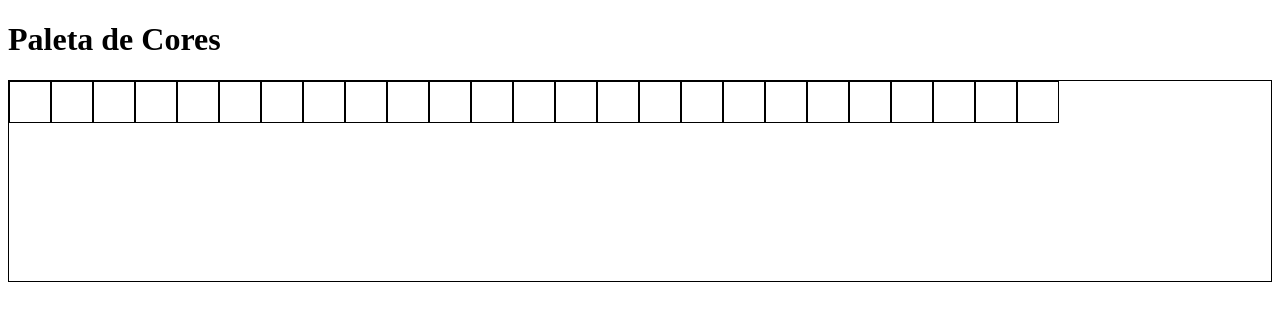
Repository: MuriloColleti/project-Pixer-Art
Page: index.html
These files come from the project's save history. The page is drawn as it stood at one moment and after the next save; the edit follows.
The browser window is 1280 px wide. The pictures show the whole page.

Above is the page before, as saved 2024-02-05 15:55:55.

After the next save:
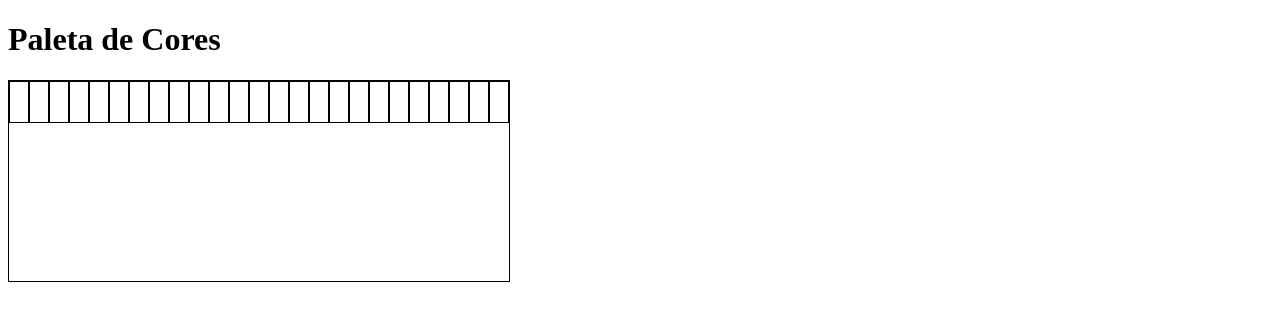
Saved 10 s later.
--- a/style.css
+++ b/style.css
@@ -24,6 +24,6 @@
 #pixel-board{
     border: 1px solid black;
     display: flex;
-
+    width: 500px;
     height: 200px;
 }

After the save that followed:
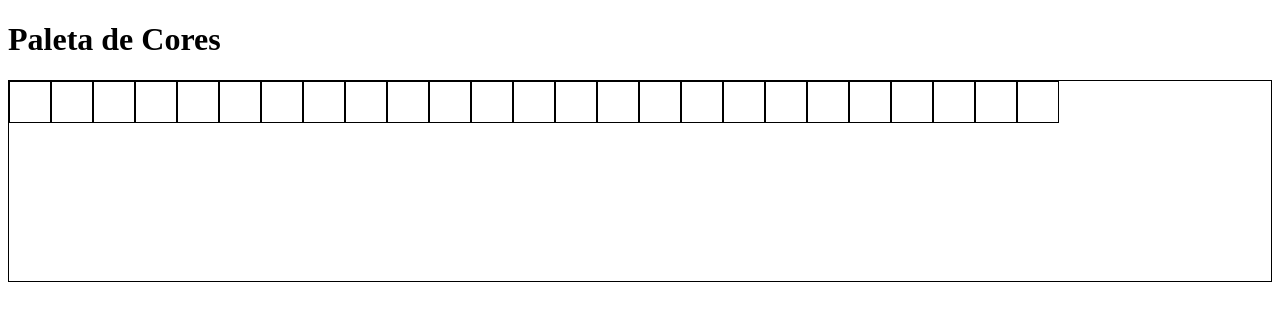
Saved 19 s later.
--- a/style.css
+++ b/style.css
@@ -24,6 +24,5 @@
 #pixel-board{
     border: 1px solid black;
     display: flex;
-    width: 500px;
     height: 200px;
 }
